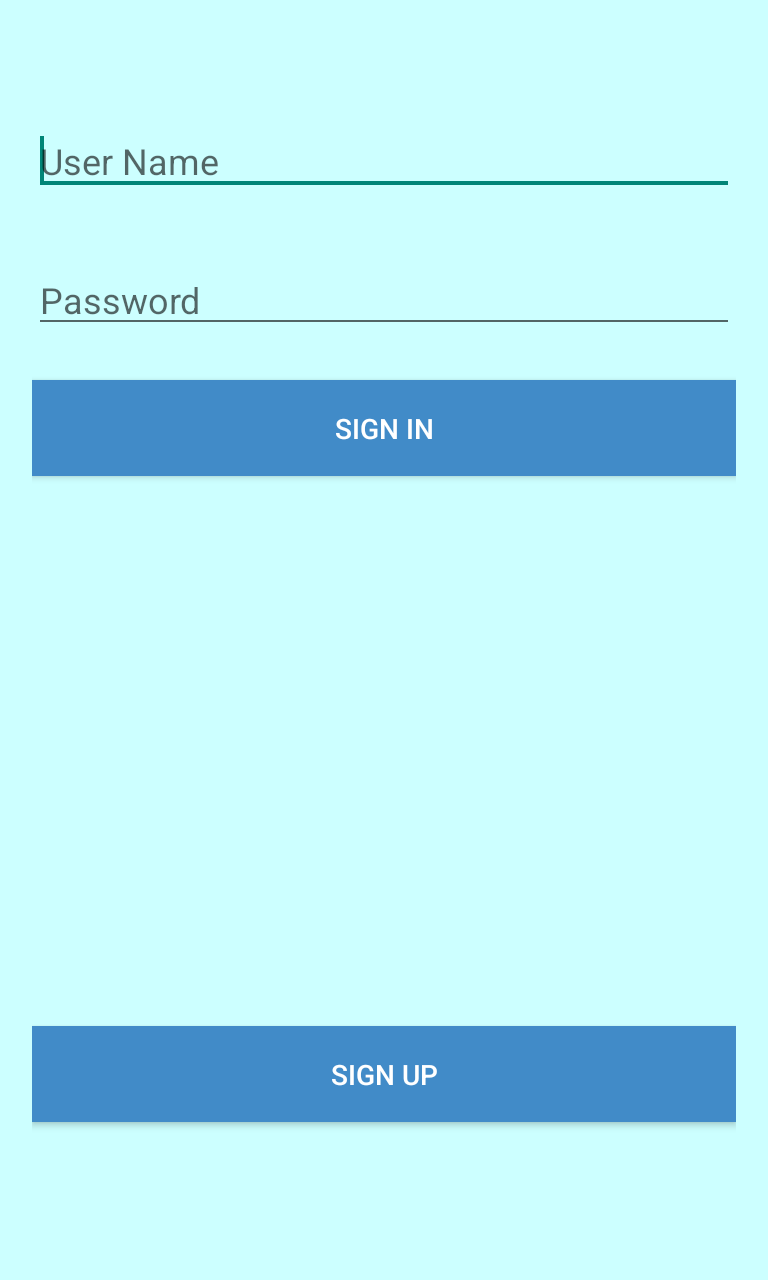
Repository: uditha2233/Anything
Layout: Local Android/AnyThing/AnyThing/res/layout/fragment_login.xml
An editor plug-in stored every save of this project. The layout is shown before and after the next save, followed by the edit.
It is drawn on a 768 x 1280 px phone screen (xhdpi) without system bars, with theme AppTheme; the app's code is not run.

Above is the layout before, as saved 2014-05-29 05:00:28.

### Local Android/AnyThing/AnyThing/res/layout/fragment_login.xml
<RelativeLayout xmlns:android="http://schemas.android.com/apk/res/android"
    xmlns:tools="http://schemas.android.com/tools"
    android:layout_width="match_parent"
    android:layout_height="match_parent"
    android:paddingBottom="@dimen/activity_vertical_margin"
    android:paddingLeft="@dimen/activity_horizontal_margin"
    android:paddingRight="@dimen/activity_horizontal_margin"
    android:paddingTop="@dimen/activity_vertical_margin"
    android:background="#ccffff"
    tools:context="com.example.anything.LoginActivity$PlaceholderFragment" >

    <EditText
        android:id="@+id/userName"
        android:layout_width="wrap_content"
        android:layout_height="wrap_content"
        android:layout_alignParentLeft="true"
        android:layout_alignParentRight="true"
        android:layout_alignParentTop="true"
        android:layout_marginTop="42dp"
        android:ems="10"
        android:hint="@string/txtUname"
        android:inputType="textPersonName" >

        <requestFocus />
    </EditText>

    <EditText
        android:id="@+id/passWord"
        android:layout_width="wrap_content"
        android:layout_height="wrap_content"
        android:layout_alignLeft="@+id/userName"
        android:layout_alignRight="@+id/userName"
        android:layout_below="@+id/userName"
        android:layout_marginTop="28dp"
        android:ems="10"
        android:hint="@string/txtPassWord"
        android:inputType="textPassword" />

    <Button
        android:id="@+id/loginBtn"
        android:layout_width="wrap_content"
        android:layout_height="wrap_content"
        android:layout_alignParentLeft="true"
        android:layout_alignRight="@+id/passWord"
        android:layout_below="@+id/passWord"
        android:layout_marginTop="21dp"
        android:background="#418Bc8"
        android:onClick="login"
        android:text="@string/signin"
        android:textColor="@android:color/white" />

    <Button
        android:id="@+id/regBtn"
        android:layout_width="wrap_content"
        android:layout_height="wrap_content"
        android:layout_alignLeft="@+id/loginBtn"
        android:layout_alignParentBottom="true"
        android:layout_alignRight="@+id/loginBtn"
        android:layout_marginBottom="63dp"
        android:background="#418Bc8"
        android:onClick="register"
        android:text="@string/signup"
        android:textColor="@android:color/white" />

</RelativeLayout>

### Local Android/AnyThing/AnyThing/res/values/strings.xml
<?xml version="1.0" encoding="utf-8"?>
<resources>

    <string name="app_name">AnyThing</string>
    <string name="hello_world">Hello world!</string>
    <string name="action_settings">Settings</string>
    <string name="signin">Sign in</string>
    <string name="signup">Sign up</string>
    <string name="logout">Log Out</string>
    <string name="addnewad">Add New AD</string>
    <string name="account">My Account</string>
    <string name="title_activity_main_page">MainPageActivity</string>
    <string name="title_section1">Home</string>
    <string name="title_section2">Cell Phones &amp; Accessories</string>
    <string name="title_section3">Computers &amp; Tablet PCs</string>
    <string name="title_section4">Consumer Electronics</string>
    <string name="title_section5">Vehicles &amp; Parts</string>
    <string name="title_section6">Services</string>
    <string name="title_section7">Other</string>
    <string name="title_section8">Read</string>
    <string name="title_section9">Unread</string>
    <string name="title_section10">Sent</string>
    <string name="navigation_drawer_open">Open navigation drawer</string>
    <string name="navigation_drawer_close">Close navigation drawer</string>
    <string name="action_example">Example action</string>
    <string name="title_activity_signup">SignupActivity</string>
    <string name="txtUname">User Name</string>
    <string name="txtEmail">E-Mail</string>
    <string name="txtfullname">Full Name</string>
    <string name="txtPhoneno">Phone No</string>
    <string name="txtPassWord">Password</string>
    <string name="txtrePassWord">Re-Password</string>
    <string name="title_activity_item_view">ItemViewActivity</string>
    <string name="title_activity_messages">Messages</string>
    <string name="title_activity_message_view">MessageViewActivity</string>
    <string name="title_activity_item_add">ItemAddActivity</string>
    <string name="title_activity_adavanced_reg">AdavancedRegActivity</string>
    <string name="title_activity_search">SearchActivity</string>
    <string name="title_activity_profile_view">ProfileViewActivity</string>
    <string name="title_activity_loading_screen">Loading</string>
    <string name="foggot">Forgot?</string>

</resources>

Loaded but not shown: Local Android/AnyThing/AnyThing/res/values/styles.xml (common file); Local Android/AnyThing/AnyThing/res/values-v11/styles.xml (common file); Local Android/AnyThing/AnyThing/res/values-v14/styles.xml (common file); Local Android/AnyThing/AnyThing/res/values/dimens.xml (common file); Local Android/AnyThing/AnyThing/res/values-w820dp/dimens.xml (common file)

After the next save:
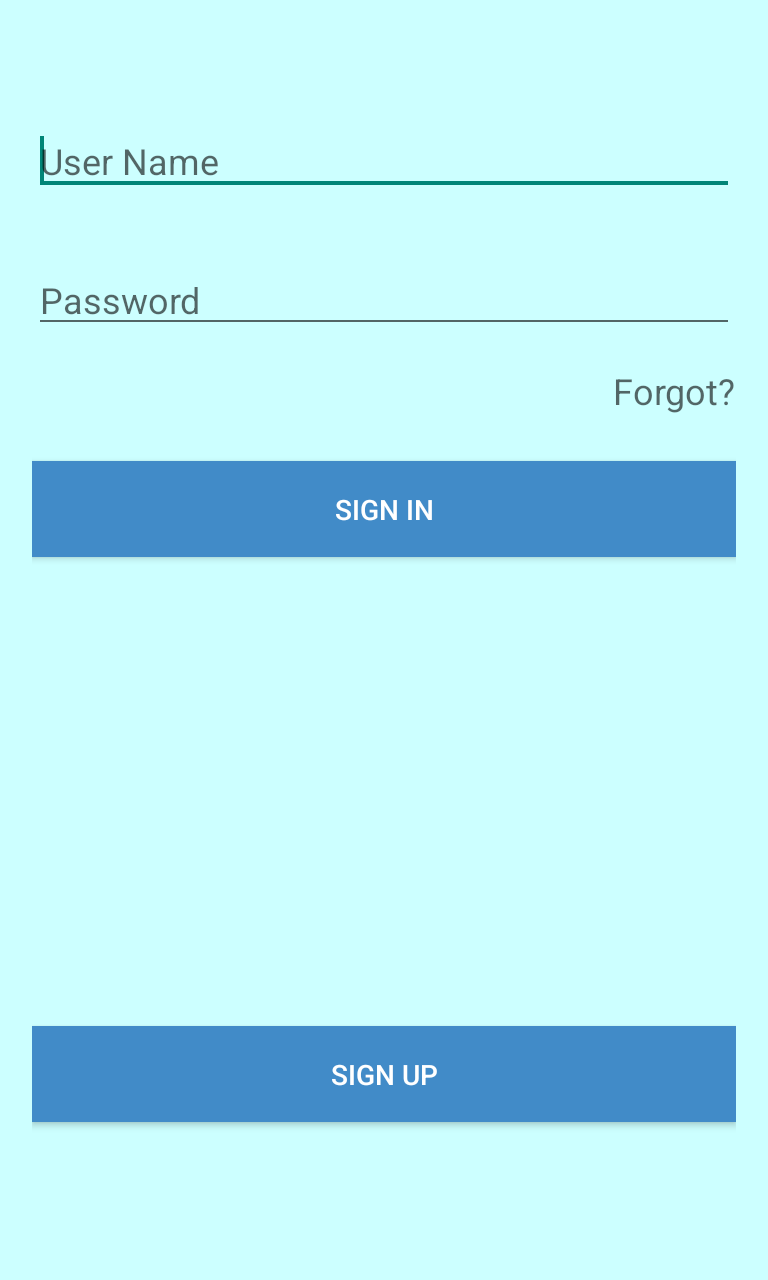
Saved 96 s later.
--- a/Local Android/AnyThing/AnyThing/res/layout/fragment_login.xml
+++ b/Local Android/AnyThing/AnyThing/res/layout/fragment_login.xml
@@ -37,19 +37,6 @@
         android:inputType="textPassword" />
 
     <Button
-        android:id="@+id/loginBtn"
-        android:layout_width="wrap_content"
-        android:layout_height="wrap_content"
-        android:layout_alignParentLeft="true"
-        android:layout_alignRight="@+id/passWord"
-        android:layout_below="@+id/passWord"
-        android:layout_marginTop="21dp"
-        android:background="#418Bc8"
-        android:onClick="login"
-        android:text="@string/signin"
-        android:textColor="@android:color/white" />
-
-    <Button
         android:id="@+id/regBtn"
         android:layout_width="wrap_content"
         android:layout_height="wrap_content"
@@ -62,4 +49,28 @@
         android:text="@string/signup"
         android:textColor="@android:color/white" />
 
+    <Button
+        android:id="@+id/loginBtn"
+        android:layout_width="wrap_content"
+        android:layout_height="wrap_content"
+        android:layout_alignLeft="@+id/passWord"
+        android:layout_alignRight="@+id/fogot"
+        android:layout_below="@+id/fogot"
+        android:layout_marginTop="23dp"
+        android:background="#418Bc8"
+        android:onClick="login"
+        android:text="@string/signin"
+        android:textColor="@android:color/white" />
+
+    <TextView
+        android:id="@+id/fogot"
+        android:layout_width="wrap_content"
+        android:layout_height="wrap_content"
+        android:layout_alignRight="@+id/passWord"
+        android:layout_below="@+id/passWord"
+        android:layout_marginTop="14dp"
+        android:text="@string/foggot"
+        android:textAppearance="?android:attr/textAppearanceMedium"
+        android:onClick="register"/>
+
 </RelativeLayout>
